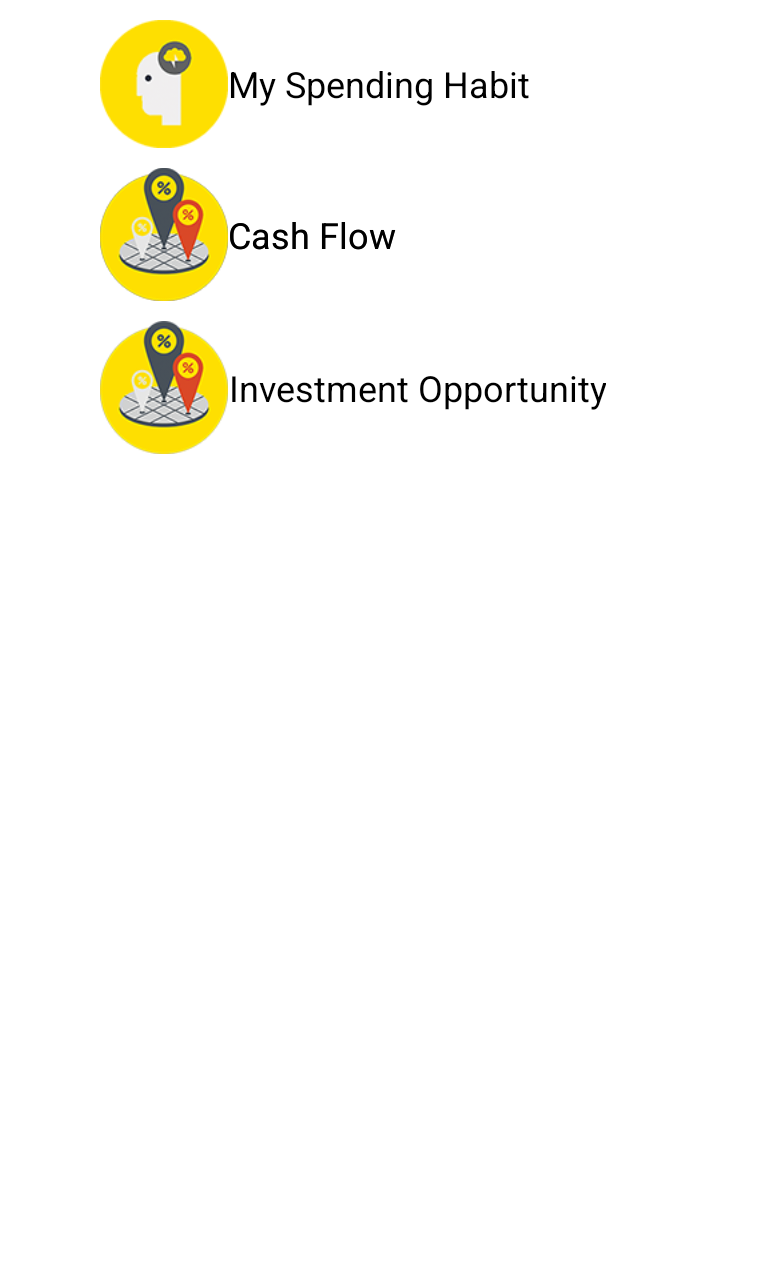
Repository: derek-zhan/RBCPrototypeChallenge
Layout: RBCPrototype/res/layout/activity_menu.xml
An editor plug-in stored every save of this project. The layout is shown before and after the next save, followed by the edit.
It is drawn on a 768 x 1280 px phone screen (xhdpi) without system bars, with theme AppTheme; the app's code is not run. Lists and similar views that code fills are empty.

Above is the layout before, as saved 2014-06-03 21:05:40.

### RBCPrototype/res/layout/activity_menu.xml
<android.support.v4.widget.DrawerLayout xmlns:android="http://schemas.android.com/apk/res/android"
    android:id="@+id/drawer_layout"
    android:layout_width="match_parent"
    android:layout_height="match_parent" >



    <RelativeLayout
       xmlns:tools="http://schemas.android.com/tools"
       android:layout_width="match_parent"
       android:layout_height="match_parent"
       android:id="@+id/menu_relative_layout"
    >
    	<Button
    		android:id="@+id/spending_habit_button"
    		android:layout_marginLeft="50dp"
    		android:layout_marginTop="10dp"
    		android:layout_width="wrap_content"
    		android:layout_height="wrap_content"
    		android:layout_alignParentLeft="true"
    		android:drawableLeft="@drawable/icon_analyzing"
    		android:background="@null"
    		android:text="@string/analyzing_button_text"/>
    	<Button
    		android:id="@+id/cashflow_button"
    		android:layout_marginLeft="50dp"
    		android:layout_marginTop="10dp"
    		android:layout_width="wrap_content"
    		android:layout_height="wrap_content"
    		android:layout_below="@id/spending_habit_button"
    		android:layout_alignParentLeft="true"
    		android:drawableLeft="@drawable/icon_cashflow"
    		android:background="@null"
    		android:text="@string/cashflow_button_text"/>
    	<Button
    		android:id="@+id/cashflow_button"
    		android:layout_marginLeft="50dp"
    		android:layout_marginTop="10dp"
    		android:layout_width="wrap_content"
    		android:layout_height="wrap_content"
    		android:layout_below="@id/spending_habit_button"
    		android:layout_alignParentLeft="true"
    		android:drawableLeft="@drawable/icon_cashflow"
    		android:background="@null"
    		android:text="@string/cashflow_button_text"/>
    	<Button
    		android:id="@+id/expenses_button"
    		android:layout_marginLeft="50dp"
    		android:layout_marginTop="10dp"
    		android:layout_width="wrap_content"
    		android:layout_height="wrap_content"
    		android:layout_below="@id/cashflow_button"
    		android:layout_alignParentLeft="true"
    		android:drawableLeft="@drawable/icon_cashflow"
    		android:background="@null"
    		android:text="@string/expenses_button_text"/>


    </RelativeLayout>
    <FrameLayout
        android:id="@+id/content_frame"
        android:layout_width="match_parent"
        android:layout_height="match_parent" />

    <ListView
        android:id="@+id/left_drawer"
        android:layout_width="240dp"
        android:layout_height="match_parent"
        android:layout_gravity="start"
        android:background="@color/navy"
        android:choiceMode="singleChoice"
        android:divider="@android:color/transparent"
        android:dividerHeight="0dp" />

</android.support.v4.widget.DrawerLayout>

### RBCPrototype/res/values/strings.xml
<?xml version="1.0" encoding="utf-8"?>
<resources>

    <string name="app_name">RBCPrototype</string>
    <string name="hello_world">Hello world!</string>
    <string name="action_settings">Settings</string>
    <string name="title_activity_main">MainActivity</string>
    <string name="app_id">487693571361090</string>
    <string name="title_activity_menu">Pages</string>
    <string name="analyzing_button_text">My Spending Habit</string>
    <string name="cashflow_button_text">Cash Flow</string>
    <string name="expenses_button_text">Investment Opportunity</string>
    <string name="suggestions_button_text">Others</string>


    <string-array name="navigation_drawer_items_array">
        <item>My Spending Habit</item>
        <item>Cash Flow</item>
        <item>Investment Oppoturnity</item>
    </string-array>

    <string name="title_section1">Section 1</string>
    <string name="title_section2">Section 2</string>
    <string name="title_section3">Section 3</string>
    <string name="drawer_open">Open navigation drawer</string>
    <string name="drawer_close">Close navigation drawer</string>
    <string name="action_example">Example action</string>

</resources>

### RBCPrototype/res/values/color.xml
<?xml version="1.0" encoding="utf-8"?>
<resources>

 <color name="white">#FFFFFF</color>
 <color name="yellow">#FFFF00</color>
 <color name="fuchsia">#FF00FF</color>
 <color name="red">#FF0000</color>
 <color name="silver">#C0C0C0</color>
 <color name="gray">#808080</color>
 <color name="olive">#808000</color>
 <color name="purple">#800080</color>
 <color name="maroon">#800000</color>
 <color name="aqua">#00FFFF</color>
 <color name="lime">#00FF00</color>
 <color name="teal">#008080</color>
 <color name="green">#008000</color>
 <color name="blue">#0000FF</color>
 <color name="navy">#000080</color>
 <color name="black">#000000</color>



</resources>

Loaded but not shown: RBCPrototype/res/values/styles.xml (common file); RBCPrototype/res/values-v11/styles.xml (common file); RBCPrototype/res/values-v14/styles.xml (common file)

After the next save:
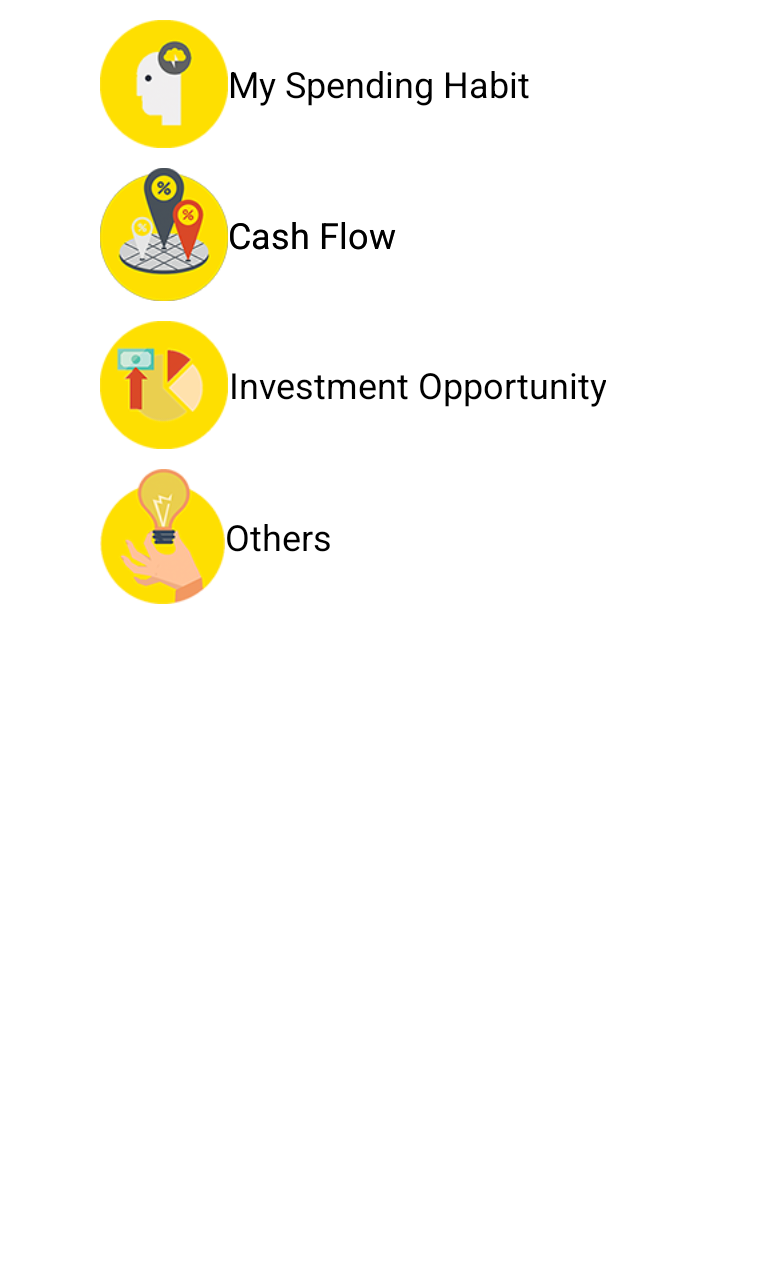
Saved 42 s later.
--- a/RBCPrototype/res/layout/activity_menu.xml
+++ b/RBCPrototype/res/layout/activity_menu.xml
@@ -51,9 +51,20 @@
     		android:layout_height="wrap_content"
     		android:layout_below="@id/cashflow_button"
     		android:layout_alignParentLeft="true"
-    		android:drawableLeft="@drawable/icon_cashflow"
+    		android:drawableLeft="@drawable/icon_expenses"
     		android:background="@null"
     		android:text="@string/expenses_button_text"/>
+    	<Button
+    		android:id="@+id/suggestions_button"
+    		android:layout_marginLeft="50dp"
+    		android:layout_marginTop="10dp"
+    		android:layout_width="wrap_content"
+    		android:layout_height="wrap_content"
+    		android:layout_below="@id/expenses_button"
+    		android:layout_alignParentLeft="true"
+    		android:drawableLeft="@drawable/icon_suggestions"
+    		android:background="@null"
+    		android:text="@string/suggestions_button_text"/>
 
 
     </RelativeLayout>
